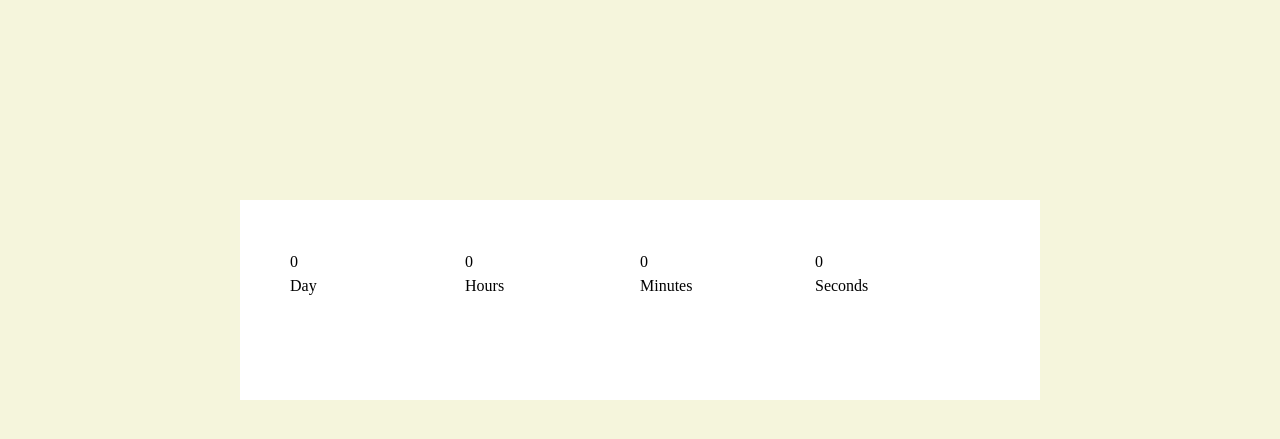
Repository: tienbkvn0605/counddown-demo
Page: index.html
An editor plug-in stored every save of this project. The page is shown before and after the next save, followed by the edit.
The browser window is 1280 px wide. The pictures show the whole page.

Above is the page before, as saved 2022-10-04 23:24:25.

After the next save:
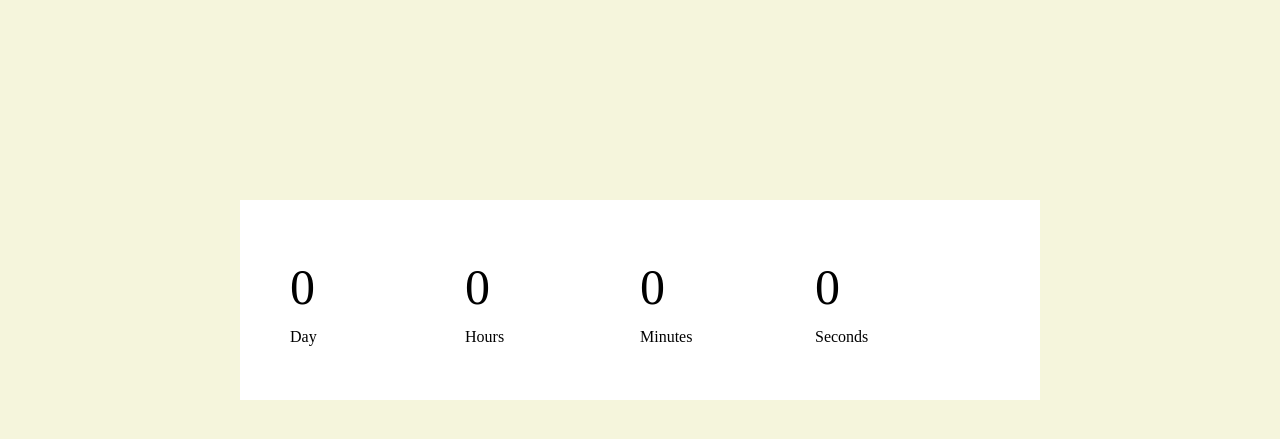
Saved 17 s later.
--- a/style.css
+++ b/style.css
@@ -18,5 +18,5 @@ ul {
   flex-direction: column;
 }
 .number {
-  font-style: 50px;
+  font-size: 50px;
 }
